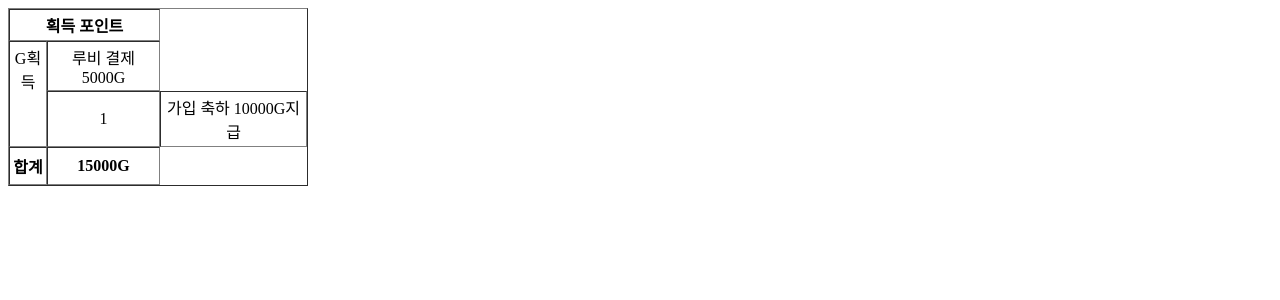
Repository: Gmajorlist/HTML
Page: html/src/main/webapp/exam01/exam11.html
These files come from the project's save history. The page is drawn as it stood at one moment and after the next save; the edit follows.
The browser window is 1280 px wide. The pictures show the whole page.

Above is the page before, as saved 2023-03-09 02:54:33.

### html/src/main/webapp/exam01/exam11.html
<!DOCTYPE html>
<html>
<head>
<meta charset="UTF-8">
<title>Insert title here</title>
</head>
<body>
<table border="1" width="300" cellpadding="3" cellspacing="0">
	<!-- 제목 영역 -->
	<thead>
		<tr>
			<th colspan="2">획득 포인트</th>
		</tr>
	</thead>
	<!-- 본문 영역  -->
	<tbody>
		<tr align="center"> <!--align = left center right  -->
			<td rowspan="2" valign="top">G획득</td>
			<td>루비 결제 5000G</td>
		</tr>
		<tr align="center">
			<td>1</td>
			<td>가입 축하 10000G지급 </td>
		</tr>
	</tbody>
	<tbody>
	<!-- 하단 영역  -->
		<tr align="center">
			<th width="30" height="30">합계</th>
			<th>15000G </th>
		</tr>
	</tbody>



</table>
</body>
</html>

After the next save:
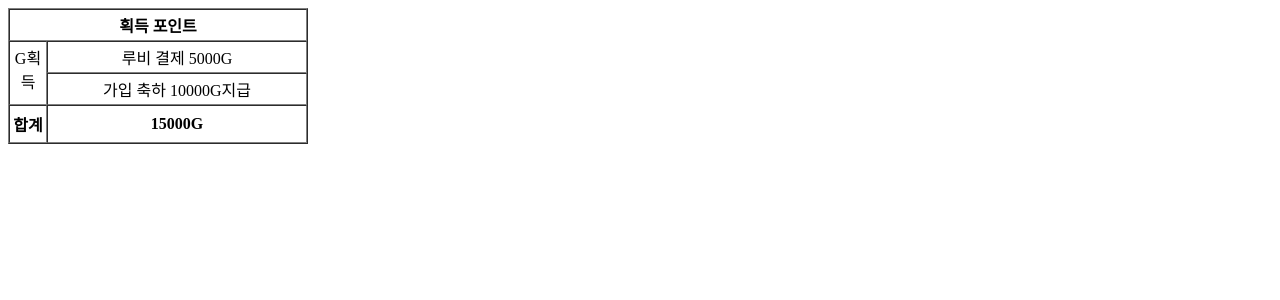
Saved 57 s later.
--- a/html/src/main/webapp/exam01/exam11.html
+++ b/html/src/main/webapp/exam01/exam11.html
@@ -19,17 +19,17 @@
 			<td>루비 결제 5000G</td>
 		</tr>
 		<tr align="center">
-			<td>1</td>
 			<td>가입 축하 10000G지급 </td>
 		</tr>
 	</tbody>
-	<tbody>
+
 	<!-- 하단 영역  -->
-		<tr align="center">
+	<tfoot>
+		<tr>
 			<th width="30" height="30">합계</th>
 			<th>15000G </th>
 		</tr>
-	</tbody>
+	</tfoot>
 
 
 
